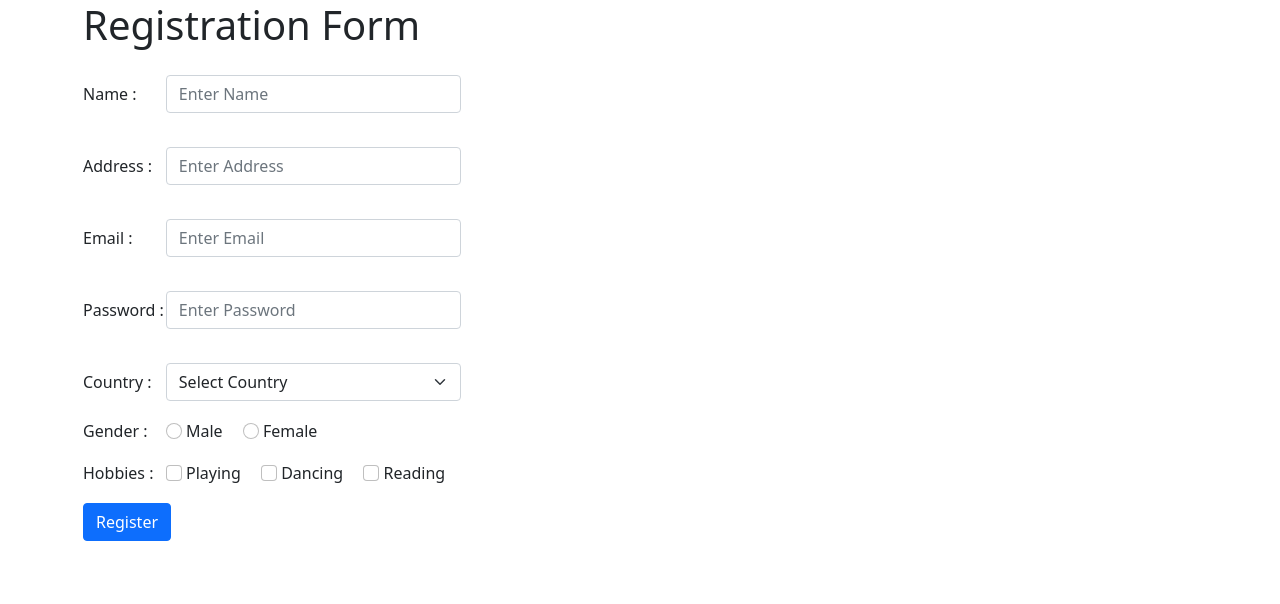
Repository: testuser85495/Java-Practical
Page: http://localhost/First_demo/
An editor plug-in stored every save of this project. The page is shown before and after the next save, followed by the edit.
The browser window is 1280 px wide. The pictures show the whole page.
The page is served by Tomcat 9. Other server files are loaded and not shown.

Above is the page before, as saved 2024-07-23 13:45:46.

### First_demo/src/main/webapp/index.jsp
<%@ page language="java" contentType="text/html; charset=UTF-8"
	pageEncoding="UTF-8"%>
<!DOCTYPE html>
<html>
<head>
<!-- Required meta tags -->
<meta charset="utf-8">
<meta name="viewport" content="width=device-width, initial-scale=1">

<!-- Bootstrap CSS -->
<link
	href="https://cdn.jsdelivr.net/npm/bootstrap@5.0.2/dist/css/bootstrap.min.css"
	rel="stylesheet"
	integrity="sha384-EVSTQN3/azprG1Anm3QDgpJLIm9Nao0Yz1ztcQTwFspd3yD65VohhpuuCOmLASjC"
	crossorigin="anonymous">

<title>Edit</title>
</head>


<body>
	<div class="container">
		<%-- <h3 class="scriptlet">
			<%
			String msg = (String) request.getAttribute("msg");
			if (msg != null) {
				out.print(msg);
			}
			%>
		</h3> --%>

		<form action="UserController" method="post">
			<table cellspacing="15" class="tbl_reg">
				<tr>
					<td colspan="2">
						<h1>Registration Form</h1>
					</td>
				</tr>
				<tr>
					<td><label>Name : </label></td>
					<td><input type="text" name="name" placeholder="Enter Name"
						class="form-control my-3" required="required"></td>
				</tr>

				<tr>
					<td><label>Address : </label></td>
					<td><input type="text" name="address"
						placeholder="Enter Address" required="required"
						class="form-control my-3"></td>
				</tr>


				<tr>
					<td><label>Email : </label></td>
					<td><input type="email" name="email" placeholder="Enter Email"
						required="required" class="form-control my-3"></td>
				</tr>
				<tr>
					<td><label>Password : </label></td>
					<td><input type="password" name="password"
						placeholder="Enter Password" required="required"
						class="form-control my-3"></td>
				</tr>

				<tr>
					<td><label>Country : </label></td>
					<td><select name="country" id="Country"
						class="form-select my-3">
							<option selected>Select Country</option>
							<option value="India">India</option>
							<option value="USA">USA</option>
							<option value="Canada">Canada</option>
							<option value="UK">UK</option>
					</select></td>
				</tr>

				<tr>
					<td><label>Gender : </label></td>
					<td><label class="form-check-inline"> <input
							type="radio" name="gender" value="male" class="form-check-input">
							Male
					</label> <label class="form-check-inline"> <input type="radio"
							name="gender" value="female" class="form-check-input">
							Female
					</label></td>
				</tr>


				<tr>
					<td><label>Hobbies : </label></td>
					<td><label class="form-check-inline my-3"> <input
							type="checkbox" name="hobbie" value="playing"
							class="form-check-input"> Playing
					</label> <label class="form-check-inline"> <input type="checkbox"
							name="hobbie" value="Dancing" class="form-check-input">
							Dancing
					</label> <label class="form-check-inline"> <input type="checkbox"
							name="hobbie" value="Reading" class="form-check-input">
							Reading
					</label></td>
				</tr>
				<tr>
					<td colspan="2"><input type="Submit" name="action"
						value="Register" class="btn btn-primary reg_submit"
						id="reg_submit" /></td>
				</tr>
			</table>
			<!-- <h4><a href="home.jsp">List</a></h4> -->
		</form>
	</div>
</body>
</html>

After the next save:
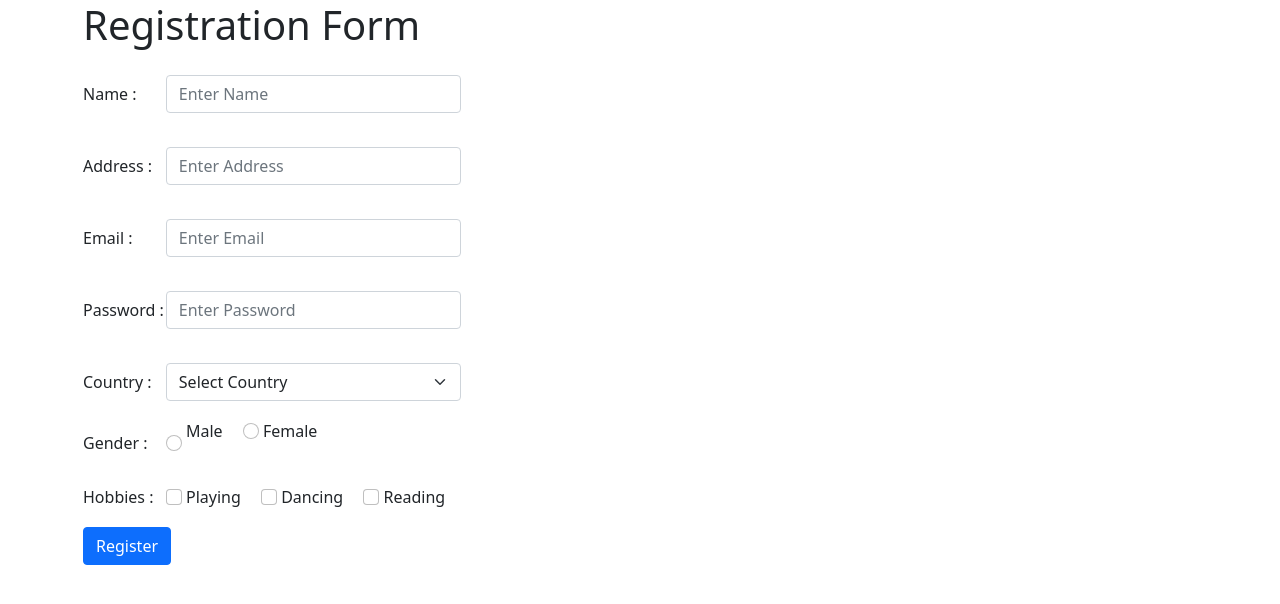
Saved 30 s later.
--- a/First_demo/src/main/webapp/index.jsp
+++ b/First_demo/src/main/webapp/index.jsp
@@ -77,7 +77,7 @@
 				<tr>
 					<td><label>Gender : </label></td>
 					<td><label class="form-check-inline"> <input
-							type="radio" name="gender" value="male" class="form-check-input">
+							type="radio" name="gender" value="male" class="form-check-input my-3">
 							Male
 					</label> <label class="form-check-inline"> <input type="radio"
 							name="gender" value="female" class="form-check-input">
